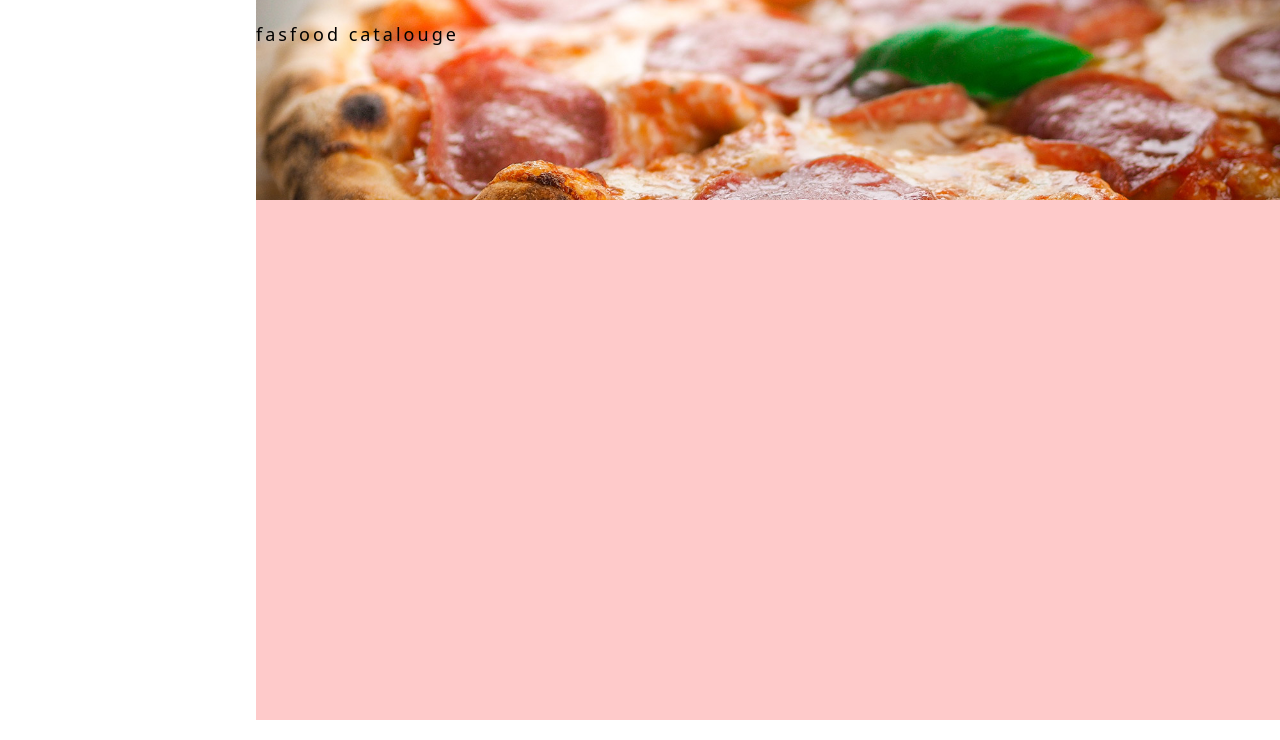
Repository: zahranaserii/FastFoodProject
Page: /
These files come from the project's save history. The page is drawn as it stood at one moment and after the next save; the edit follows.
The browser window is 1280 px wide. The pictures show the whole page.
The project was rebuilt for these pictures with package versions that can differ from the ones it lists, and the page was loaded fresh each time.

Above is the page before, as saved 2023-11-17 11:20:59.

### public/index.html
<!DOCTYPE html>
<html lang="fa" dir="rtl">
  <head>
    <meta charset="utf-8" />
    <meta name="viewport" content="width=device-width, initial-scale=1" />
    <meta name="theme-color" content="#000000" />
    <meta
      name="description"
      content="Web site created using create-react-app"
    />
    <link rel="apple-touch-icon" href="%PUBLIC_URL%/logo192.png" />
    <!--
      manifest.json provides metadata used when your web app is installed on a
      user's mobile device or desktop. See https://developers.google.com/web/fundamentals/web-app-manifest/
    -->
    <link rel="manifest" href="%PUBLIC_URL%/manifest.json" />
    <!--
      Notice the use of %PUBLIC_URL% in the tags above.
      It will be replaced with the URL of the `public` folder during the build.
      Only files inside the `public` folder can be referenced from the HTML.

      Unlike "/favicon.ico" or "favicon.ico", "%PUBLIC_URL%/favicon.ico" will
      work correctly both with client-side routing and a non-root public URL.
      Learn how to configure a non-root public URL by running `npm run build`.
    -->
    <title>React App</title>
  </head>
  <body>
    <noscript>You need to enable JavaScript to run this app.</noscript>
    <div id="root"></div>
    <!--
      This HTML file is a template.
      If you open it directly in the browser, you will see an empty page.

      You can add webfonts, meta tags, or analytics to this file.
      The build step will place the bundled scripts into the <body> tag.

      To begin the development, run `npm start` or `yarn start`.
      To create a production bundle, use `npm run build` or `yarn build`.
    -->
  </body>
</html>

### src/App.js
import "./App.css";
import Header from "./Header/Header";

function App() {
  return (
    <div className="bg-red-200 max-w-5xl container">
      <Header />
    </div>
  );
}

export default App;

### src/Header/Header.jsx
import React from "react";
import "./header.css";
const Header = () => {
  return (
    <header className="bg-cover bg-center pt-5">
      <div className="container">
        <h1 className="text-black text-lg text-end">fasfood catalouge</h1>
      </div>
    </header>
  );
};

export default Header;

### src/Header/header.css
header {
  height: 200px;
  background: url("../assets/images/PIZZA-COVER.jpg");
  letter-spacing: 3px;
}

Loaded but not shown: src/index.js (common file); src/index.css (common file); src/App.css (common file); tailwind.config.js (common file)

After the next save:
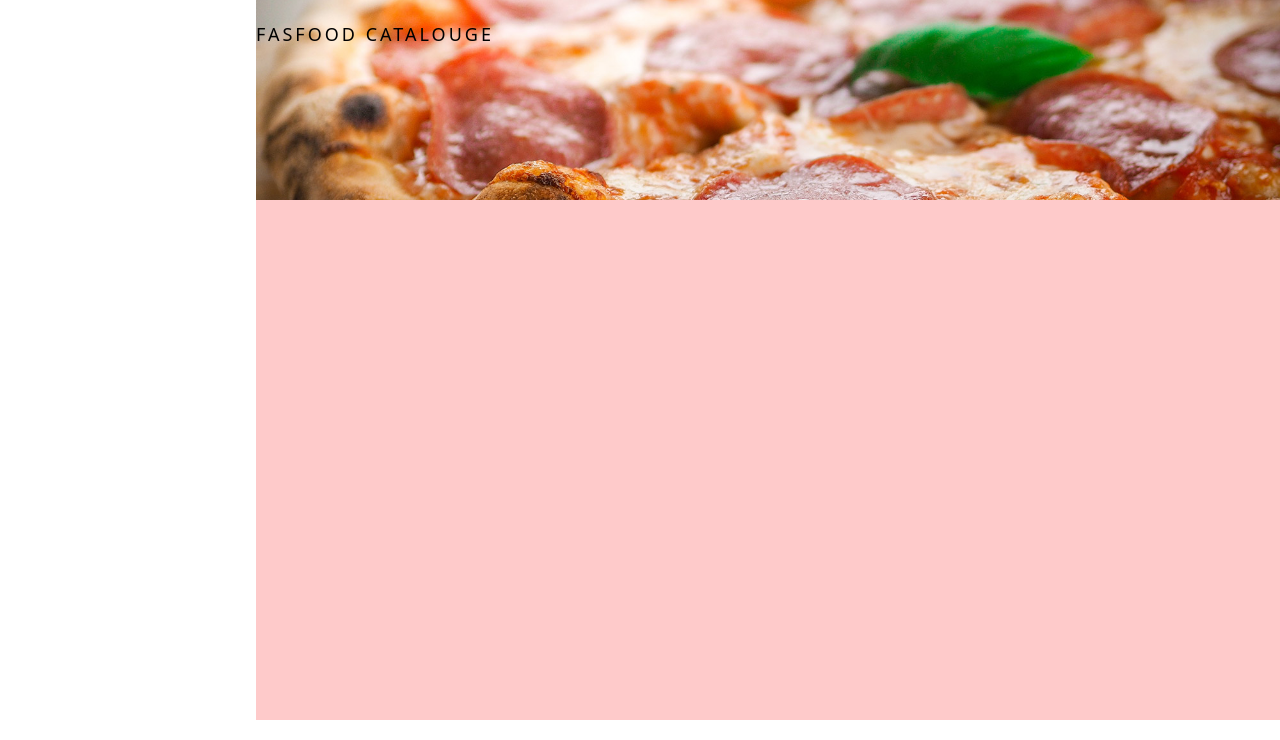
Saved 18 s later.
--- a/src/Header/Header.jsx
+++ b/src/Header/Header.jsx
@@ -4,7 +4,9 @@ const Header = () => {
   return (
     <header className="bg-cover bg-center pt-5">
       <div className="container">
-        <h1 className="text-black text-lg text-end">fasfood catalouge</h1>
+        <h1 className="text-black text-lg text-end uppercase">
+          fasfood catalouge
+        </h1>
       </div>
     </header>
   );
